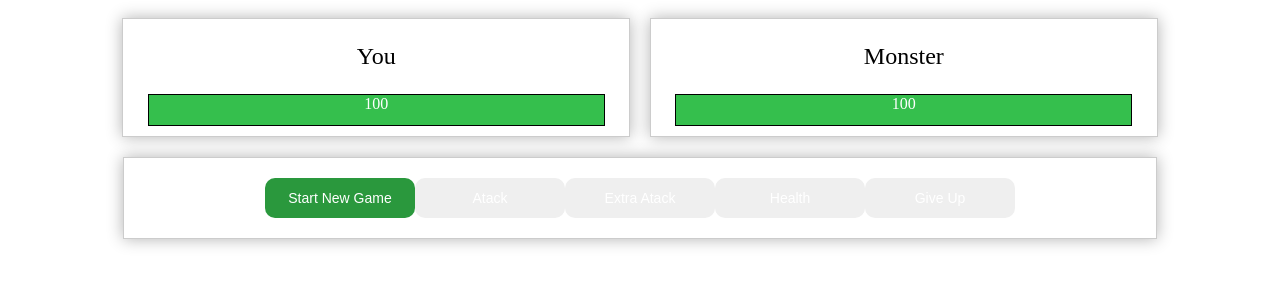
Repository: jakublack/game-fight-vue
Page: /
These files come from the project's save history. The page is drawn as it stood at one moment and after a run of saves; the edit follows.
The browser window is 1280 px wide. The pictures show the whole page.
The project was rebuilt for these pictures with package versions that can differ from the ones it lists, and the page was loaded fresh each time.

Above is the page before, as saved 2018-08-08 20:58:38.

After the next 2 saves:
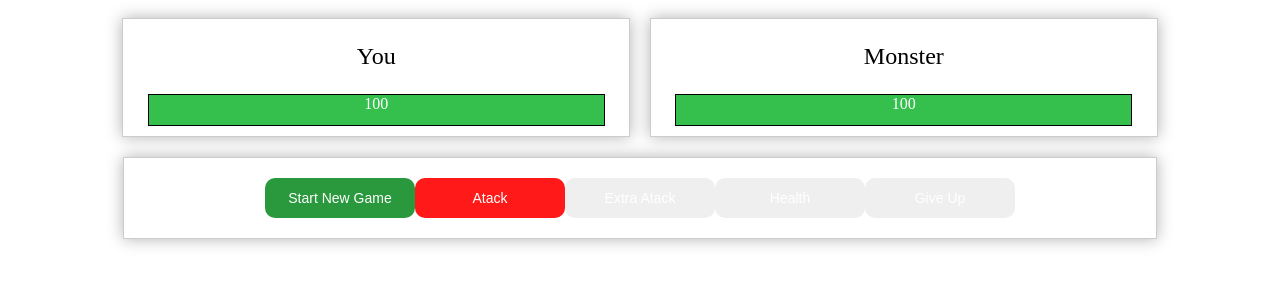
The 2 saves are shown as one change because they came seconds apart.
The last was saved 31 s later.
--- a/src/components/Game.vue
+++ b/src/components/Game.vue
@@ -93,9 +93,13 @@ export default {
   background-color: #2A983D;
 }
 .btn-atack {
-  background-color:
+  background-color:#FF1919;
+}
+.btn-extra-atack {
+
 }
 
 
 
+
 </style>
